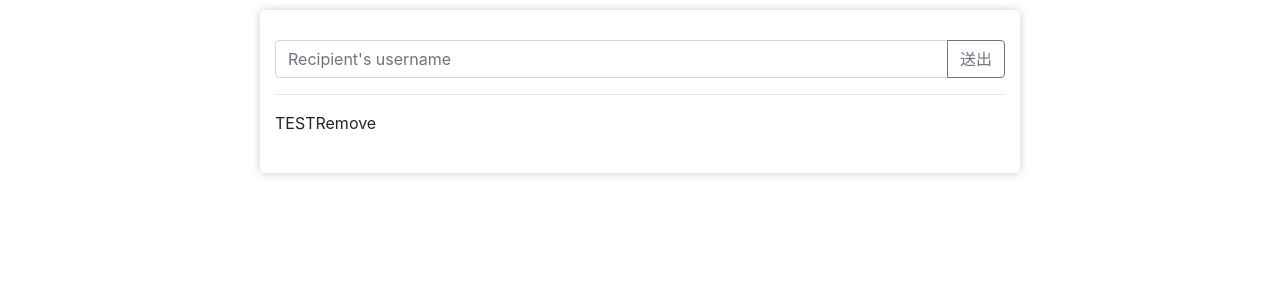
Repository: iian0910/vue3_todoList
Page: /
These files come from the project's save history. The page is drawn as it stood at one moment and after the next save; the edit follows.
The browser window is 1280 px wide. The pictures show the whole page.
The project was rebuilt for these pictures with package versions that can differ from the ones it lists, and the page was loaded fresh each time.

Above is the page before, as saved 2021-02-23 16:07:53.

After the next save:
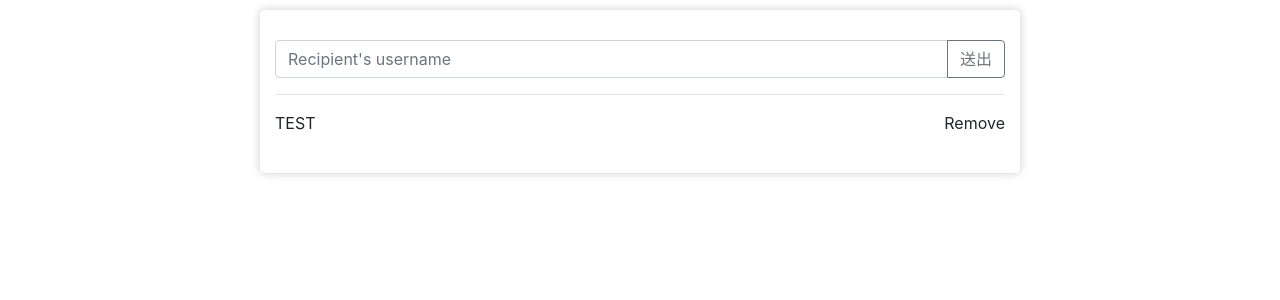
Saved 24 s later.
--- a/src/components/TodoList.vue
+++ b/src/components/TodoList.vue
@@ -20,7 +20,7 @@
         <hr>
         <!-- List 展示 -->
         <ul class="list">
-          <li class="list-item d-flex" v-for="(todo, index) in todoList" :key="index">
+          <li class="list-item d-flex justify-content-between" v-for="(todo, index) in todoList" :key="index">
             <label class="list-item-title">{{todo.title}}</label>
             <div class="remove-list">Remove</div>
           </li>
